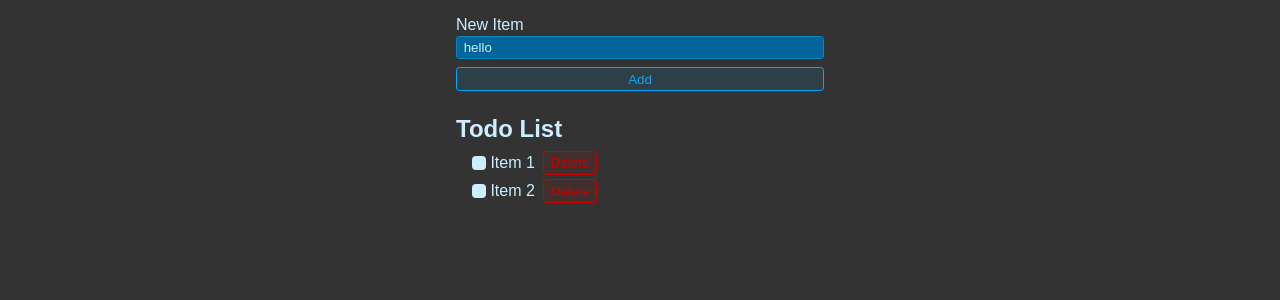
Repository: mix060514/react-bilibili-tutorial
Page: /
These files come from the project's save history. The page is drawn as it stood at one moment and after the next save; the edit follows.
The browser window is 1280 px wide. The pictures show the whole page.
The project was rebuilt for these pictures with package versions that can differ from the ones it lists, and the page was loaded fresh each time. Also part of the build but not shown: vite.config.js.

Above is the page before, as saved 2023-12-03 22:06:24.

### src/App.jsx
import { useState } from "react"
import "./styles.css"


export default function App() {
  const [newItem, setNewItem] = useState("hello");

  return (
    <>
      <form className="new-item-form">
        <div className="form-row">
          <label htmlFor="item">New Item</label>
          <input type="text" id="item" value={newItem} onChange={(e) => setNewItem(e.target.value)}/>
        </div>
        <button className="btn">Add</button>
      </form>

      <h1 className="header">Todo List</h1>

      <ul className="list">
        <li>
          <label>
            <input type="checkbox" /> Item 1
          </label>
          <button className="btn btn-danger">Delete</button>
        </li>
        <li>
          <label>
            <input type="checkbox" /> Item 2
          </label>
          <button className="btn btn-danger">Delete</button>
        </li>
      </ul>
    </>
  )
}

Loaded but not shown: index.html (common file); src/main.jsx (common file); src/styles.css (common file)

After the next save:
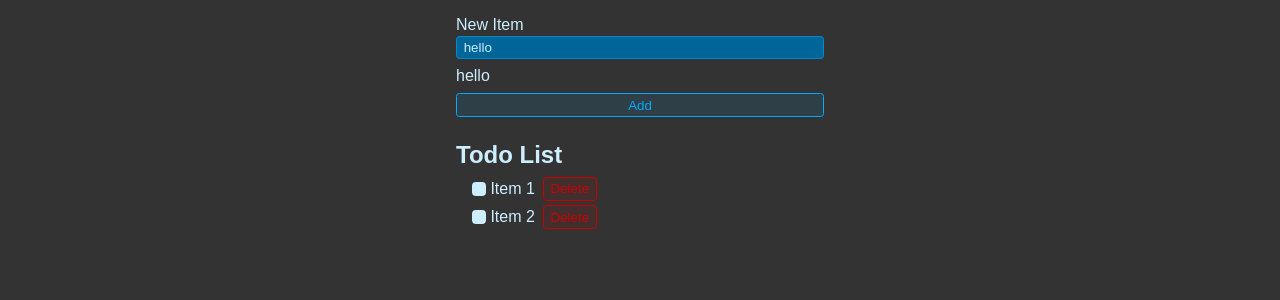
Saved 79 s later.
--- a/src/App.jsx
+++ b/src/App.jsx
@@ -12,6 +12,7 @@
           <label htmlFor="item">New Item</label>
           <input type="text" id="item" value={newItem} onChange={(e) => setNewItem(e.target.value)}/>
         </div>
+        {newItem}
         <button className="btn">Add</button>
       </form>
 

After the save that followed:
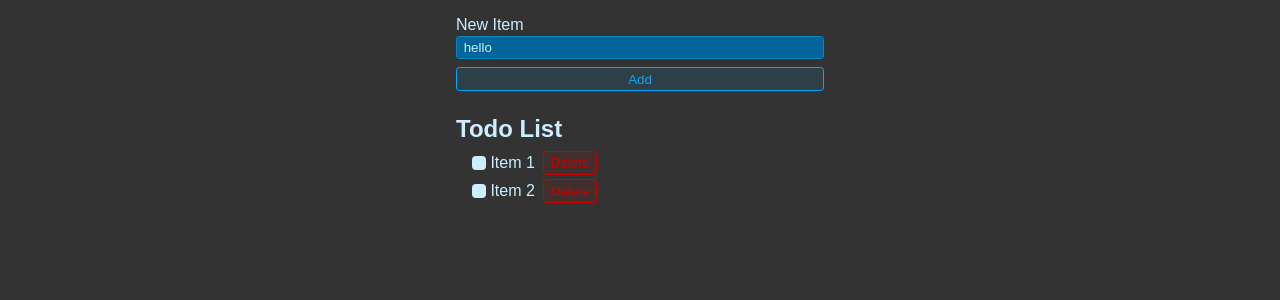
Saved 61 s later.
--- a/src/App.jsx
+++ b/src/App.jsx
@@ -12,7 +12,7 @@
           <label htmlFor="item">New Item</label>
           <input type="text" id="item" value={newItem} onChange={(e) => setNewItem(e.target.value)}/>
         </div>
-        {newItem}
+
         <button className="btn">Add</button>
       </form>
 
